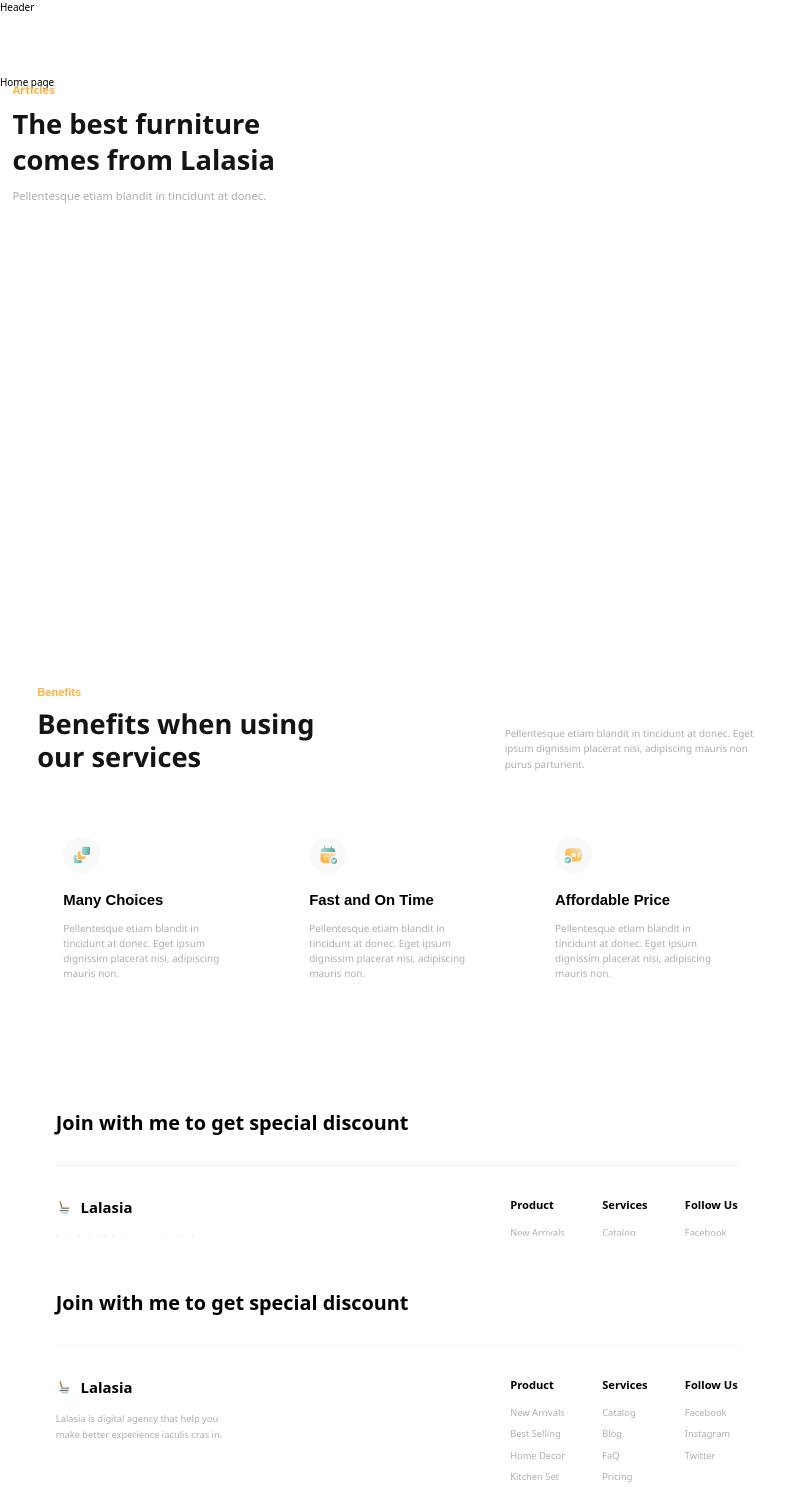
Repository: archis-academy/december-frontend-lalasia-2025
Page: /
An editor plug-in stored every save of this project. The page is shown before and after the next save, followed by the edit.
The browser window is 1280 px wide. The pictures show the whole page, at 62% of full size.
The page's requests for data from a server got no answer. Some web fonts or font styles are not loaded; a fallback is used. The project was rebuilt for these pictures with package versions that can differ from the ones it lists, and the page was loaded fresh each time. No one was signed in, and anything a server would have sent is missing. Also part of the build but not shown: vite.config.ts, src/components/Article/ArticleCard.module.scss, src/components/CustomButton/CustomButton.tsx, src/components/Arrow/Arrow.tsx, src/components/Article/ArticleCard.tsx, src/components/TeamSection/TeamSection.module.scss, src/components/TeamSection/TeamSection.tsx, src/pages/AboutUs/AboutUs.tsx and 15 more.

Above is the page before, as saved 2026-01-27 00:49:41.

After the next save:
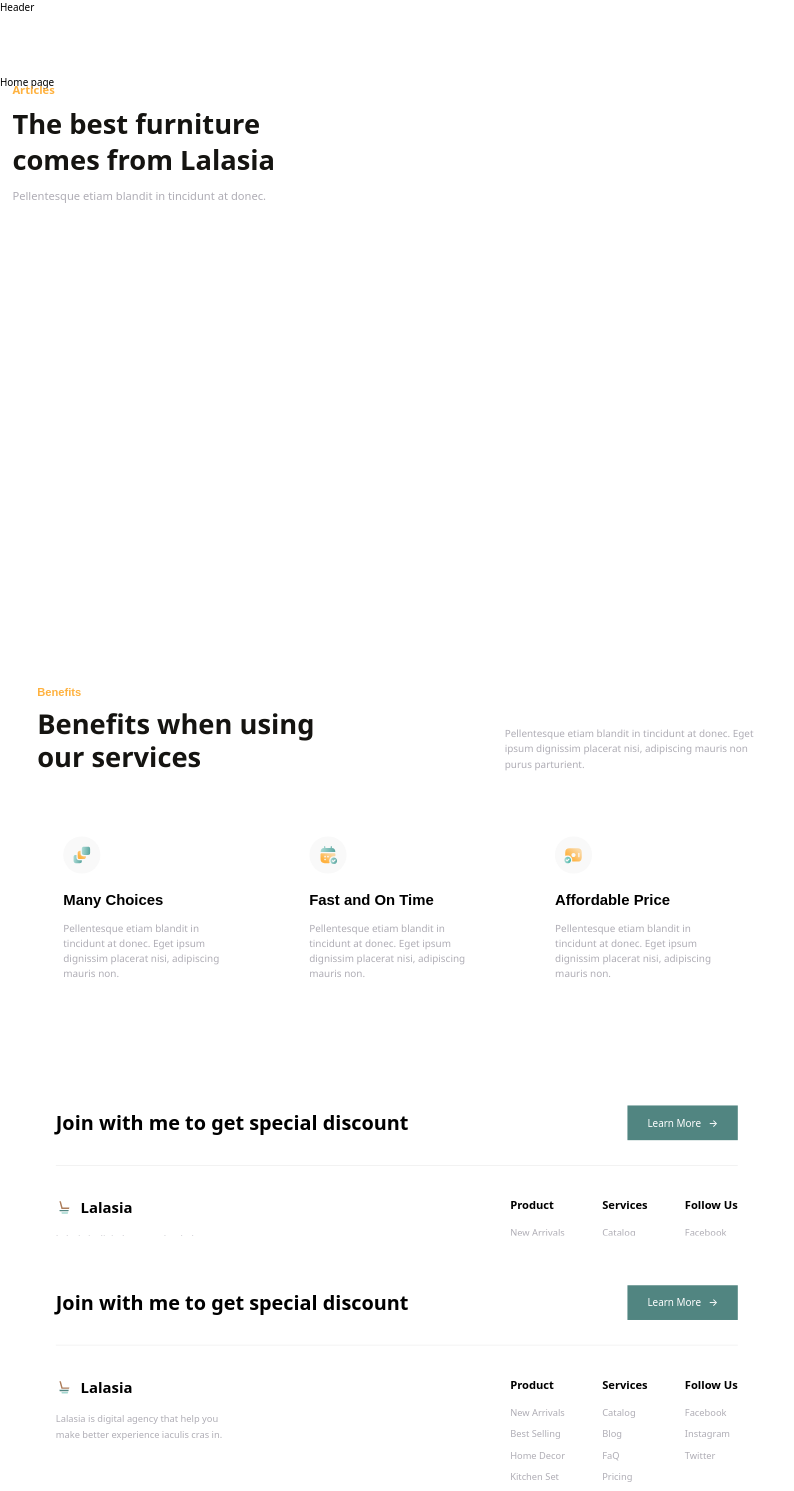
Saved 32 s later.
--- a/src/components/Footer/Footer.scss
+++ b/src/components/Footer/Footer.scss
@@ -28,7 +28,7 @@
 
       .cta-btn {
         flex-shrink: 0;
-        background:$white;
+        background: $main-color;
         color: #fff;
         border: none;
         padding: 16px 32px;
